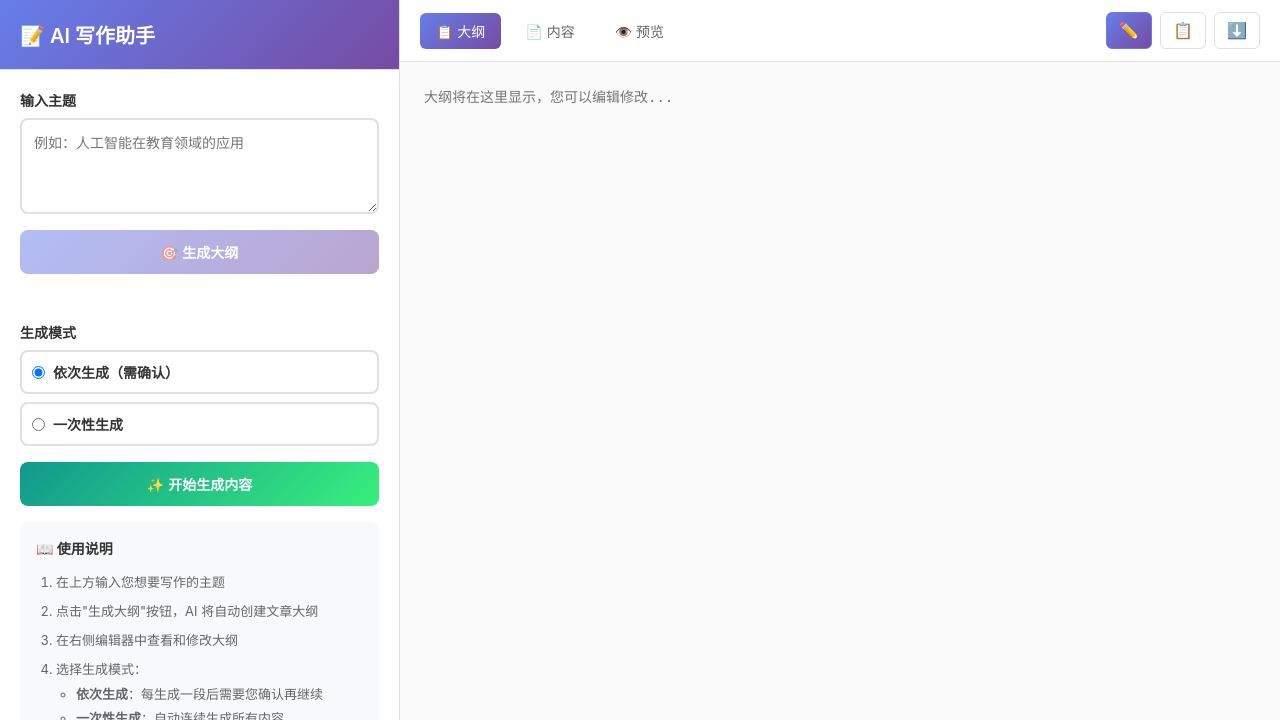
Repository: thunderderder/long_context
Page: / (app in frontend/)
An editor plug-in stored every save of this project. The page is shown before and after the next save, followed by the edit.
The browser window is 1280 px wide. The pictures show the whole page.
The project was rebuilt for these pictures with package versions that can differ from the ones it lists, and the page was loaded fresh each time.

Above is the page before, as saved 2025-10-11 14:52:44.

### frontend/public/index.html
<!DOCTYPE html>
<html lang="zh-CN">
  <head>
    <meta charset="utf-8" />
    <meta name="viewport" content="width=device-width, initial-scale=1" />
    <meta name="theme-color" content="#000000" />
    <meta
      name="description"
      content="AI 写作助手 - 基于 DeepSeek 的智能写作工具"
    />
    <title>AI 写作助手</title>
  </head>
  <body>
    <noscript>您需要启用 JavaScript 才能运行此应用。</noscript>
    <div id="root"></div>
  </body>
</html>

### frontend/src/App.css
* {
  margin: 0;
  padding: 0;
  box-sizing: border-box;
}

body {
  font-family: -apple-system, BlinkMacSystemFont, 'Segoe UI', 'Roboto', 'Oxygen',
    'Ubuntu', 'Cantarell', 'Fira Sans', 'Droid Sans', 'Helvetica Neue',
    sans-serif;
  -webkit-font-smoothing: antialiased;
  -moz-osx-font-smoothing: grayscale;
}

.app {
  display: flex;
  height: 100vh;
  background-color: #f5f5f5;
}

/* 响应式布局 */
@media (max-width: 768px) {
  .app {
    flex-direction: column;
  }
}

### frontend/src/components/LeftPanel.tsx
import React from 'react';
import { GenerationMode } from '../App';
import './LeftPanel.css';

interface LeftPanelProps {
  topic: string;
  setTopic: (topic: string) => void;
  generationMode: GenerationMode;
  setGenerationMode: (mode: GenerationMode) => void;
  isGeneratingOutline: boolean;
  isGeneratingContent: boolean;
  waitingForConfirmation: boolean;
  currentSection: string;
  totalSections: number;
  currentSectionIndex: number;
  onGenerateOutline: () => void;
  onStartGeneration: () => void;
  onContinueGeneration: () => void;
  outlinePrompt: string;
  setOutlinePrompt: (prompt: string) => void;
  sectionPrompt: string;
  setSectionPrompt: (prompt: string) => void;
  showOutlinePrompt: boolean;
  setShowOutlinePrompt: (show: boolean) => void;
  showSectionPrompt: boolean;
  setShowSectionPrompt: (show: boolean) => void;
  defaultOutlinePrompt: string;
  defaultSectionPrompt: string;
}

const LeftPanel: React.FC<LeftPanelProps> = ({
  topic,
  setTopic,
  generationMode,
  setGenerationMode,
  isGeneratingOutline,
  isGeneratingContent,
  waitingForConfirmation,
  currentSection,
  totalSections,
  currentSectionIndex,
  onGenerateOutline,
  onStartGeneration,
  onContinueGeneration,
  outlinePrompt,
  setOutlinePrompt,
  sectionPrompt,
  setSectionPrompt,
  showOutlinePrompt,
  setShowOutlinePrompt,
  showSectionPrompt,
  setShowSectionPrompt,
  defaultOutlinePrompt,
  defaultSectionPrompt,
}) => {
  return (
    <div className="left-panel">
      <div className="panel-header">
        <h2>📝 AI 写作助手</h2>
      </div>

      <div className="panel-content">
        {/* 主题输入 */}
        <div className="input-section">
          <label htmlFor="topic">输入主题</label>
          <textarea
            id="topic"
            className="topic-input"
            value={topic}
            onChange={(e) => setTopic(e.target.value)}
            placeholder="例如：人工智能在教育领域的应用"
            rows={4}
            disabled={isGeneratingOutline || isGeneratingContent}
          />
        </div>

        {/* 生成大纲按钮 */}
        <button
          className="btn btn-primary"
          onClick={onGenerateOutline}
          disabled={isGeneratingOutline || isGeneratingContent || !topic.trim()}
        >
          {isGeneratingOutline ? '生成大纲中...' : '🎯 生成大纲'}
        </button>

        {/* 分隔线 */}
        <div className="divider"></div>

        {/* 生成模式选择 */}
        <div className="mode-section">
          <label>生成模式</label>
          <div className="mode-options">
            <label className="radio-label">
              <input
                type="radio"
                name="mode"
                value="sequential"
                checked={generationMode === 'sequential'}
                onChange={() => setGenerationMode('sequential')}
                disabled={isGeneratingContent}
              />
              <span>依次生成（需确认）</span>
            </label>
            <label className="radio-label">
              <input
                type="radio"
                name="mode"
                value="continuous"
                checked={generationMode === 'continuous'}
                onChange={() => setGenerationMode('continuous')}
                disabled={isGeneratingContent}
              />
              <span>一次性生成</span>
            </label>
          </div>
        </div>

        {/* 开始生成按钮 */}
        <button
          className="btn btn-success"
          onClick={onStartGeneration}
          disabled={isGeneratingContent || isGeneratingOutline || waitingForConfirmation}
        >
          {isGeneratingContent ? '生成中...' : '✨ 开始生成内容'}
        </button>

        {/* 进度显示 */}
        {(isGeneratingContent || waitingForConfirmation) && totalSections > 0 && (
          <div className="progress-section">
            <div className="progress-info">
              <p className="progress-text">
                进度：{currentSectionIndex + 1} / {totalSections}
              </p>
              <div className="progress-bar-container">
                <div
                  className="progress-bar"
                  style={{
                    width: `${((currentSectionIndex + 1) / totalSections) * 100}%`,
                  }}
                ></div>
              </div>
            </div>

            {currentSection && (
              <div className="current-section">
                <p className="section-label">当前章节：</p>
                <p className="section-title">{currentSection}</p>
              </div>
            )}

            {/* 继续生成按钮（依次生成模式） */}
            {waitingForConfirmation && generationMode === 'sequential' && (
              <button
                className="btn btn-continue"
                onClick={onContinueGeneration}
              >
                ▶️ 生成下一段
              </button>
            )}
          </div>
        )}

        {/* 说明文本 */}
        <div className="help-section">
          <h4>📖 使用说明</h4>
          <ol>
            <li>在上方输入您想要写作的主题</li>
            <li>点击"生成大纲"按钮，AI 将自动创建文章大纲</li>
            <li>在右侧编辑器中查看和修改大纲</li>
            <li>选择生成模式：
              <ul>
                <li><strong>依次生成</strong>：每生成一段后需要您确认再继续</li>
                <li><strong>一次性生成</strong>：自动连续生成所有内容</li>
              </ul>
            </li>
            <li>点击"开始生成内容"，AI 将根据大纲创作文章</li>
          </ol>
        </div>
      </div>
    </div>
  );
};

export default LeftPanel;

### frontend/src/components/RightPanel.tsx
import React, { useState } from 'react';
import ReactMarkdown from 'react-markdown';
import './RightPanel.css';

interface RightPanelProps {
  outline: string;
  setOutline: (outline: string) => void;
  generatedContent: string;
  setGeneratedContent: (content: string) => void;
}

type ViewMode = 'outline' | 'content' | 'preview';

const RightPanel: React.FC<RightPanelProps> = ({
  outline,
  setOutline,
  generatedContent,
  setGeneratedContent,
}) => {
  const [viewMode, setViewMode] = useState<ViewMode>('outline');
  const [editMode, setEditMode] = useState(true);

  const getDisplayContent = () => {
    if (viewMode === 'outline') {
      return outline;
    } else {
      return generatedContent;
    }
  };

  const handleContentChange = (value: string) => {
    if (viewMode === 'outline') {
      setOutline(value);
    } else {
      setGeneratedContent(value);
    }
  };

  const copyToClipboard = () => {
    const content = getDisplayContent();
    navigator.clipboard.writeText(content).then(() => {
      alert('已复制到剪贴板！');
    }).catch(() => {
      alert('复制失败');
    });
  };

  const downloadAsMarkdown = () => {
    const content = getDisplayContent();
    const blob = new Blob([content], { type: 'text/markdown' });
    const url = URL.createObjectURL(blob);
    const a = document.createElement('a');
    a.href = url;
    a.download = `${viewMode === 'outline' ? '大纲' : '内容'}.md`;
    document.body.appendChild(a);
    a.click();
    document.body.removeChild(a);
    URL.revokeObjectURL(url);
  };

  return (
    <div className="right-panel">
      <div className="panel-toolbar">
        <div className="view-tabs">
          <button
            className={`tab ${viewMode === 'outline' ? 'active' : ''}`}
            onClick={() => setViewMode('outline')}
          >
            📋 大纲
          </button>
          <button
            className={`tab ${viewMode === 'content' ? 'active' : ''}`}
            onClick={() => setViewMode('content')}
          >
            📄 内容
          </button>
          <button
            className={`tab ${viewMode === 'preview' ? 'active' : ''}`}
            onClick={() => setViewMode('preview')}
          >
            👁️ 预览
          </button>
        </div>

        <div className="toolbar-actions">
          {viewMode !== 'preview' && (
            <button
              className={`btn-icon ${editMode ? 'active' : ''}`}
              onClick={() => setEditMode(!editMode)}
              title={editMode ? '切换到只读' : '切换到编辑'}
            >
              {editMode ? '✏️' : '🔒'}
            </button>
          )}
          <button
            className="btn-icon"
            onClick={copyToClipboard}
            title="复制到剪贴板"
          >
            📋
          </button>
          <button
            className="btn-icon"
            onClick={downloadAsMarkdown}
            title="下载为 Markdown"
          >
            ⬇️
          </button>
        </div>
      </div>

      <div className="panel-editor">
        {viewMode === 'preview' || !editMode ? (
          <div className="markdown-preview">
            <ReactMarkdown>{getDisplayContent() || '暂无内容'}</ReactMarkdown>
          </div>
        ) : (
          <textarea
            className="markdown-editor"
            value={getDisplayContent()}
            onChange={(e) => handleContentChange(e.target.value)}
            placeholder={
              viewMode === 'outline'
                ? '大纲将在这里显示，您可以编辑修改...'
                : '生成的内容将在这里显示...'
            }
          />
        )}
      </div>
    </div>
  );
};

export default RightPanel;

### frontend/src/components/LeftPanel.css
.left-panel {
  width: 400px;
  min-width: 350px;
  max-width: 500px;
  background: white;
  border-right: 1px solid #e0e0e0;
  display: flex;
  flex-direction: column;
  overflow: hidden;
  box-shadow: 2px 0 8px rgba(0, 0, 0, 0.05);
}

.panel-header {
  padding: 20px;
  border-bottom: 1px solid #e0e0e0;
  background: linear-gradient(135deg, #667eea 0%, #764ba2 100%);
  color: white;
}

.panel-header h2 {
  font-size: 20px;
  font-weight: 600;
  margin: 0;
}

.panel-content {
  flex: 1;
  overflow-y: auto;
  padding: 20px;
  display: flex;
  flex-direction: column;
  gap: 16px;
}

/* 输入区域 */
.input-section {
  display: flex;
  flex-direction: column;
  gap: 8px;
}

.input-section label {
  font-size: 14px;
  font-weight: 600;
  color: #333;
}

.topic-input {
  width: 100%;
  padding: 12px;
  border: 2px solid #e0e0e0;
  border-radius: 8px;
  font-size: 14px;
  font-family: inherit;
  resize: vertical;
  transition: border-color 0.2s;
}

.topic-input:focus {
  outline: none;
  border-color: #667eea;
}

.topic-input:disabled {
  background-color: #f5f5f5;
  cursor: not-allowed;
}

/* 按钮样式 */
.btn {
  width: 100%;
  padding: 12px 20px;
  border: none;
  border-radius: 8px;
  font-size: 14px;
  font-weight: 600;
  cursor: pointer;
  transition: all 0.2s;
  display: flex;
  align-items: center;
  justify-content: center;
  gap: 8px;
}

.btn:disabled {
  opacity: 0.5;
  cursor: not-allowed;
}

.btn-primary {
  background: linear-gradient(135deg, #667eea 0%, #764ba2 100%);
  color: white;
}

.btn-primary:hover:not(:disabled) {
  transform: translateY(-2px);
  box-shadow: 0 4px 12px rgba(102, 126, 234, 0.4);
}

.btn-success {
  background: linear-gradient(135deg, #11998e 0%, #38ef7d 100%);
  color: white;
}

.btn-success:hover:not(:disabled) {
  transform: translateY(-2px);
  box-shadow: 0 4px 12px rgba(17, 153, 142, 0.4);
}

.btn-continue {
  background: linear-gradient(135deg, #f093fb 0%, #f5576c 100%);
  color: white;
}

.btn-continue:hover:not(:disabled) {
  transform: translateY(-2px);
  box-shadow: 0 4px 12px rgba(240, 147, 251, 0.4);
}

/* 分隔线 */
.divider {
  height: 1px;
  background: linear-gradient(to right, transparent, #e0e0e0, transparent);
  margin: 8px 0;
}

/* 模式选择 */
.mode-section {
  display: flex;
  flex-direction: column;
  gap: 8px;
}

.mode-section label {
  font-size: 14px;
  font-weight: 600;
  color: #333;
}

.mode-options {
  display: flex;
  flex-direction: column;
  gap: 8px;
}

.radio-label {
  display: flex;
  align-items: center;
  gap: 8px;
  padding: 10px;
  border: 2px solid #e0e0e0;
  border-radius: 8px;
  cursor: pointer;
  transition: all 0.2s;
}

.radio-label:hover {
  border-color: #667eea;
  background-color: #f8f9ff;
}

.radio-label input[type="radio"] {
  cursor: pointer;
}

.radio-label span {
  font-size: 14px;
  color: #333;
}

/* 进度显示 */
.progress-section {
  display: flex;
  flex-direction: column;
  gap: 12px;
  padding: 16px;
  background: linear-gradient(135deg, #ffecd2 0%, #fcb69f 100%);
  border-radius: 8px;
}

.progress-info {
  display: flex;
  flex-direction: column;
  gap: 8px;
}

.progress-text {
  font-size: 14px;
  font-weight: 600;
  color: #333;
}

.progress-bar-container {
  width: 100%;
  height: 8px;
  background-color: rgba(255, 255, 255, 0.5);
  border-radius: 4px;
  overflow: hidden;
}

.progress-bar {
  height: 100%;
  background: linear-gradient(135deg, #667eea 0%, #764ba2 100%);
  transition: width 0.3s ease;
  border-radius: 4px;
}

.current-section {
  display: flex;
  flex-direction: column;
  gap: 4px;
}

.section-label {
  font-size: 12px;
  color: #666;
  font-weight: 600;
}

.section-title {
  font-size: 14px;
  color: #333;
  font-weight: 500;
  padding: 8px;
  background: white;
  border-radius: 4px;
}

/* 帮助说明 */
.help-section {
  margin-top: auto;
  padding: 16px;
  background: #f8f9fa;
  border-radius: 8px;
  font-size: 13px;
  line-height: 1.6;
}

.help-section h4 {
  font-size: 14px;
  margin-bottom: 12px;
  color: #333;
}

.help-section ol {
  margin-left: 20px;
  color: #666;
}

.help-section ol li {
  margin-bottom: 8px;
}

.help-section ul {
  margin-left: 20px;
  margin-top: 4px;
}

.help-section ul li {
  list-style-type: circle;
  margin-bottom: 4px;
}

/* 响应式 */
@media (max-width: 768px) {
  .left-panel {
    width: 100%;
    max-width: 100%;
    border-right: none;
    border-bottom: 1px solid #e0e0e0;
  }
}

### frontend/src/components/RightPanel.css
.right-panel {
  flex: 1;
  display: flex;
  flex-direction: column;
  background: white;
  overflow: hidden;
}

.panel-toolbar {
  display: flex;
  justify-content: space-between;
  align-items: center;
  padding: 12px 20px;
  border-bottom: 1px solid #e0e0e0;
  background: white;
  box-shadow: 0 2px 4px rgba(0, 0, 0, 0.05);
}

.view-tabs {
  display: flex;
  gap: 8px;
}

.tab {
  padding: 8px 16px;
  border: none;
  background: transparent;
  cursor: pointer;
  font-size: 14px;
  font-weight: 500;
  color: #666;
  border-radius: 6px;
  transition: all 0.2s;
  display: flex;
  align-items: center;
  gap: 6px;
}

.tab:hover {
  background: #f5f5f5;
  color: #333;
}

.tab.active {
  background: linear-gradient(135deg, #667eea 0%, #764ba2 100%);
  color: white;
}

.toolbar-actions {
  display: flex;
  gap: 8px;
}

.btn-icon {
  padding: 8px 12px;
  border: 1px solid #e0e0e0;
  background: white;
  cursor: pointer;
  font-size: 16px;
  border-radius: 6px;
  transition: all 0.2s;
}

.btn-icon:hover {
  background: #f5f5f5;
  border-color: #667eea;
  transform: scale(1.05);
}

.btn-icon.active {
  background: linear-gradient(135deg, #667eea 0%, #764ba2 100%);
  border-color: #667eea;
}

.panel-editor {
  flex: 1;
  overflow: hidden;
  display: flex;
  flex-direction: column;
}

.markdown-editor {
  flex: 1;
  width: 100%;
  padding: 24px;
  border: none;
  font-family: 'Monaco', 'Menlo', 'Ubuntu Mono', monospace;
  font-size: 14px;
  line-height: 1.6;
  resize: none;
  overflow-y: auto;
  background: #fafafa;
}

.markdown-editor:focus {
  outline: none;
  background: white;
}

.markdown-preview {
  flex: 1;
  padding: 24px;
  overflow-y: auto;
  line-height: 1.8;
  color: #333;
}

/* Markdown 预览样式 */
.markdown-preview h1 {
  font-size: 28px;
  font-weight: 700;
  margin-top: 24px;
  margin-bottom: 16px;
  color: #1a1a1a;
  border-bottom: 2px solid #e0e0e0;
  padding-bottom: 8px;
}

.markdown-preview h2 {
  font-size: 24px;
  font-weight: 600;
  margin-top: 20px;
  margin-bottom: 14px;
  color: #2a2a2a;
  border-bottom: 1px solid #e0e0e0;
  padding-bottom: 6px;
}

.markdown-preview h3 {
  font-size: 20px;
  font-weight: 600;
  margin-top: 16px;
  margin-bottom: 12px;
  color: #3a3a3a;
}

.markdown-preview h4 {
  font-size: 18px;
  font-weight: 600;
  margin-top: 14px;
  margin-bottom: 10px;
  color: #4a4a4a;
}

.markdown-preview p {
  margin-bottom: 16px;
  text-align: justify;
}

.markdown-preview ul,
.markdown-preview ol {
  margin-left: 24px;
  margin-bottom: 16px;
}

.markdown-preview li {
  margin-bottom: 8px;
}

.markdown-preview code {
  background: #f5f5f5;
  padding: 2px 6px;
  border-radius: 3px;
  font-family: 'Monaco', 'Menlo', 'Ubuntu Mono', monospace;
  font-size: 0.9em;
  color: #e83e8c;
}

.markdown-preview pre {
  background: #f5f5f5;
  padding: 16px;
  border-radius: 6px;
  overflow-x: auto;
  margin-bottom: 16px;
}

.markdown-preview pre code {
  background: none;
  padding: 0;
  color: inherit;
}

.markdown-preview blockquote {
  border-left: 4px solid #667eea;
  padding-left: 16px;
  margin-left: 0;
  margin-bottom: 16px;
  color: #666;
  font-style: italic;
}

.markdown-preview a {
  color: #667eea;
  text-decoration: none;
}

.markdown-preview a:hover {
  text-decoration: underline;
}

.markdown-preview img {
  max-width: 100%;
  height: auto;
  border-radius: 6px;
  margin: 16px 0;
}

.markdown-preview table {
  border-collapse: collapse;
  width: 100%;
  margin-bottom: 16px;
}

.markdown-preview th,
.markdown-preview td {
  border: 1px solid #e0e0e0;
  padding: 8px 12px;
  text-align: left;
}

.markdown-preview th {
  background: #f5f5f5;
  font-weight: 600;
}

/* 滚动条美化 */
.markdown-editor::-webkit-scrollbar,
.markdown-preview::-webkit-scrollbar {
  width: 8px;
}

.markdown-editor::-webkit-scrollbar-track,
.markdown-preview::-webkit-scrollbar-track {
  background: #f5f5f5;
}

.markdown-editor::-webkit-scrollbar-thumb,
.markdown-preview::-webkit-scrollbar-thumb {
  background: #ccc;
  border-radius: 4px;
}

.markdown-editor::-webkit-scrollbar-thumb:hover,
.markdown-preview::-webkit-scrollbar-thumb:hover {
  background: #999;
}

/* 响应式 */
@media (max-width: 768px) {
  .panel-toolbar {
    flex-direction: column;
    gap: 12px;
    align-items: stretch;
  }

  .view-tabs,
  .toolbar-actions {
    justify-content: center;
  }
}

Loaded but not shown: frontend/src/index.tsx (common file); frontend/src/index.css (common file); frontend/src/App.tsx (281 lines, source omitted)

After the next save:
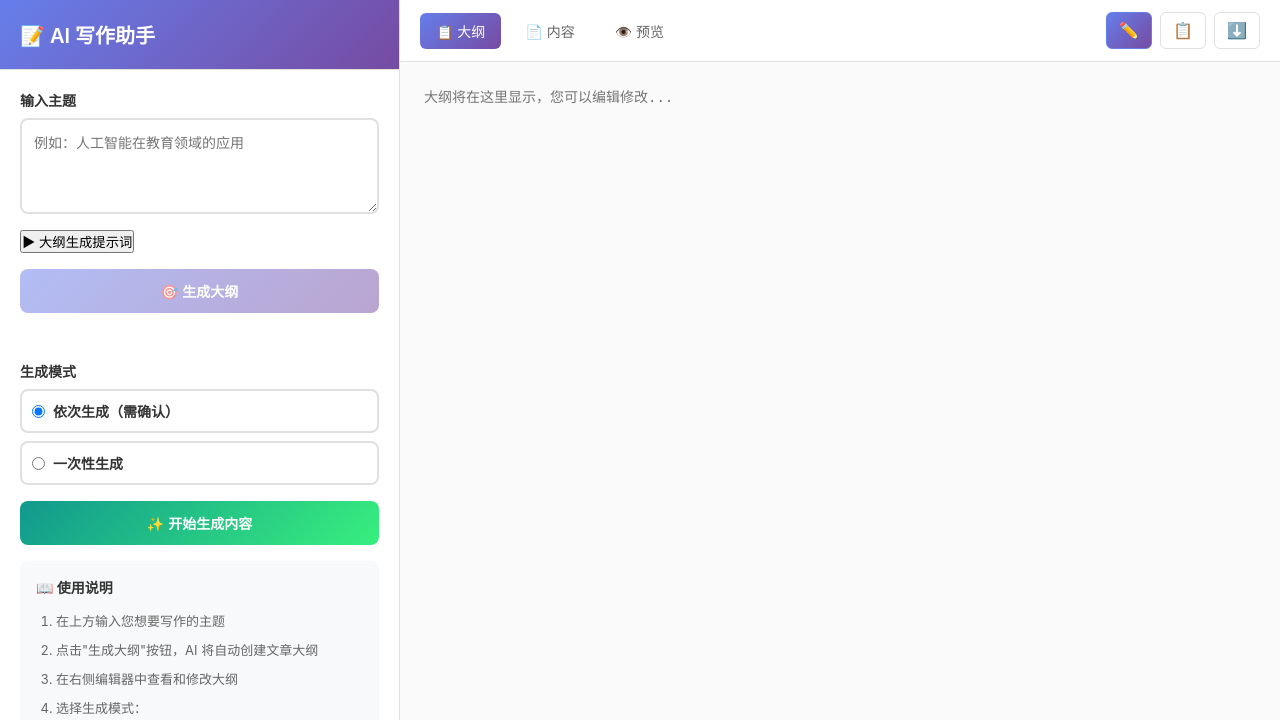
Saved 14 s later.
--- a/frontend/src/components/LeftPanel.tsx
+++ b/frontend/src/components/LeftPanel.tsx
@@ -74,6 +74,42 @@ const LeftPanel: React.FC<LeftPanelProps> = ({
           />
         </div>
 
+        {/* 大纲提示词编辑 */}
+        <div className="prompt-section">
+          <div className="prompt-header">
+            <button
+              className="btn-toggle-prompt"
+              onClick={() => setShowOutlinePrompt(!showOutlinePrompt)}
+            >
+              {showOutlinePrompt ? '▼' : '▶'} 大纲生成提示词
+            </button>
+            {showOutlinePrompt && outlinePrompt !== defaultOutlinePrompt && (
+              <button
+                className="btn-reset"
+                onClick={() => setOutlinePrompt(defaultOutlinePrompt)}
+                title="重置为默认提示词"
+              >
+                🔄
+              </button>
+            )}
+          </div>
+          {showOutlinePrompt && (
+            <div className="prompt-edit">
+              <textarea
+                className="prompt-textarea"
+                value={outlinePrompt}
+                onChange={(e) => setOutlinePrompt(e.target.value)}
+                placeholder="输入自定义提示词，使用 {topic} 作为主题占位符"
+                rows={8}
+                disabled={isGeneratingOutline || isGeneratingContent}
+              />
+              <div className="prompt-hint">
+                💡 提示：使用 {'{topic}'} 作为主题占位符
+              </div>
+            </div>
+          )}
+        </div>
+
         {/* 生成大纲按钮 */}
         <button
           className="btn btn-primary"
